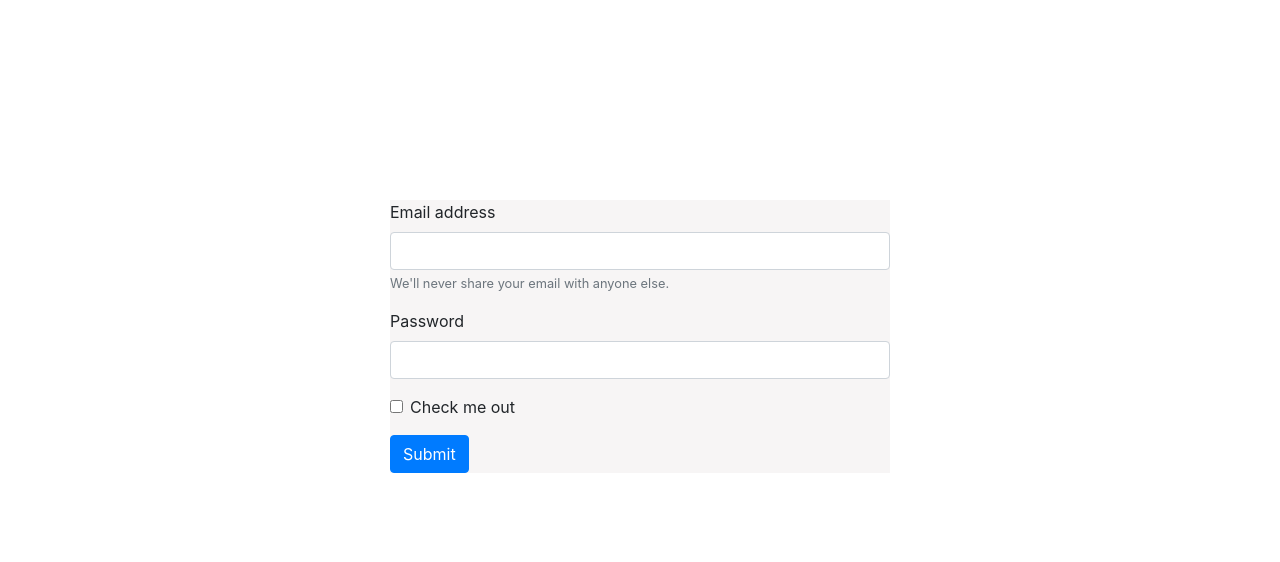
Repository: rnjsmj/homework
Page: http://localhost/homework/WEB-INF/views/member/login.jsp
The author's editor kept a copy of each file at every save. The page is drawn from the files as they stood at one save, then again after the next save.
The browser window is 1280 px wide. The pictures show the whole page.
The page is served by Tomcat 9. Nobody is signed in. Other server files are loaded and not shown. The template is opened directly, without the code that normally fills it, so the values that code supplies are empty.

Above is the page before, as saved 2024-06-22 20:00:27.

### homework/src/main/webapp/WEB-INF/views/member/login.jsp
<%@ page language="java" contentType="text/html; charset=UTF-8"
    pageEncoding="UTF-8"%>
<%@ taglib prefix="c" uri="http://java.sun.com/jsp/jstl/core" %>
<%@ taglib prefix="fmt" uri="http://java.sun.com/jsp/jstl/fmt" %>
<!DOCTYPE html>
<html>
<head>
<meta charset="UTF-8">
<title>HOMEWORK</title>
	<script src="https://ajax.googleapis.com/ajax/libs/jquery/3.7.1/jquery.min.js"></script>
    <link rel="stylesheet" href="https://maxcdn.bootstrapcdn.com/bootstrap/4.5.2/css/bootstrap.min.css">
    <script src="https://maxcdn.bootstrapcdn.com/bootstrap/4.5.2/js/bootstrap.min.js"></script>
<style>
	div {box-sizing:border-box;}

	#content {
            width:80%;
            margin:auto;
            margin-top:200px;
        }

    #loginForm {
    	 background-color:rgb(247, 245, 245);
    	 width:500px;
    	 margin: auto;

    }

</style>
</head>
<body>
	<div id="content">
		<div id="loginForm">
			<form>
			  <div class="form-group">
			    <label for="exampleInputEmail1">Email address</label>
			    <input type="email" class="form-control" id="exampleInputEmail1" aria-describedby="emailHelp">
			    <small id="emailHelp" class="form-text text-muted">We'll never share your email with anyone else.</small>
			  </div>
			  <div class="form-group">
			    <label for="exampleInputPassword1">Password</label>
			    <input type="password" class="form-control" id="exampleInputPassword1">
			  </div>
			  <div class="form-group form-check">
			    <input type="checkbox" class="form-check-input" id="exampleCheck1">
			    <label class="form-check-label" for="exampleCheck1">Check me out</label>
			  </div>
			  <button type="submit" class="btn btn-primary">Submit</button>
			</form>
		</div>
	</div>
</body>
</html>

After the next save:
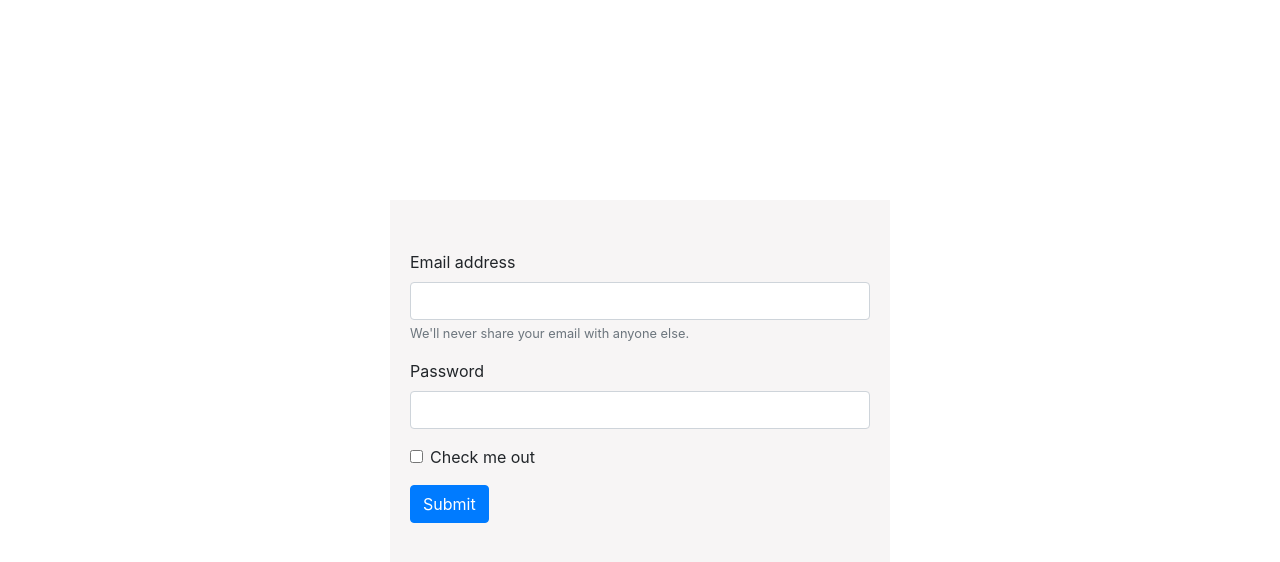
Saved 52 s later.
--- a/homework/src/main/webapp/WEB-INF/views/member/login.jsp
+++ b/homework/src/main/webapp/WEB-INF/views/member/login.jsp
@@ -23,7 +23,7 @@
     	 background-color:rgb(247, 245, 245);
     	 width:500px;
     	 margin: auto;
-
+    	 padding: 50px 20px;
     }
 
 </style>
